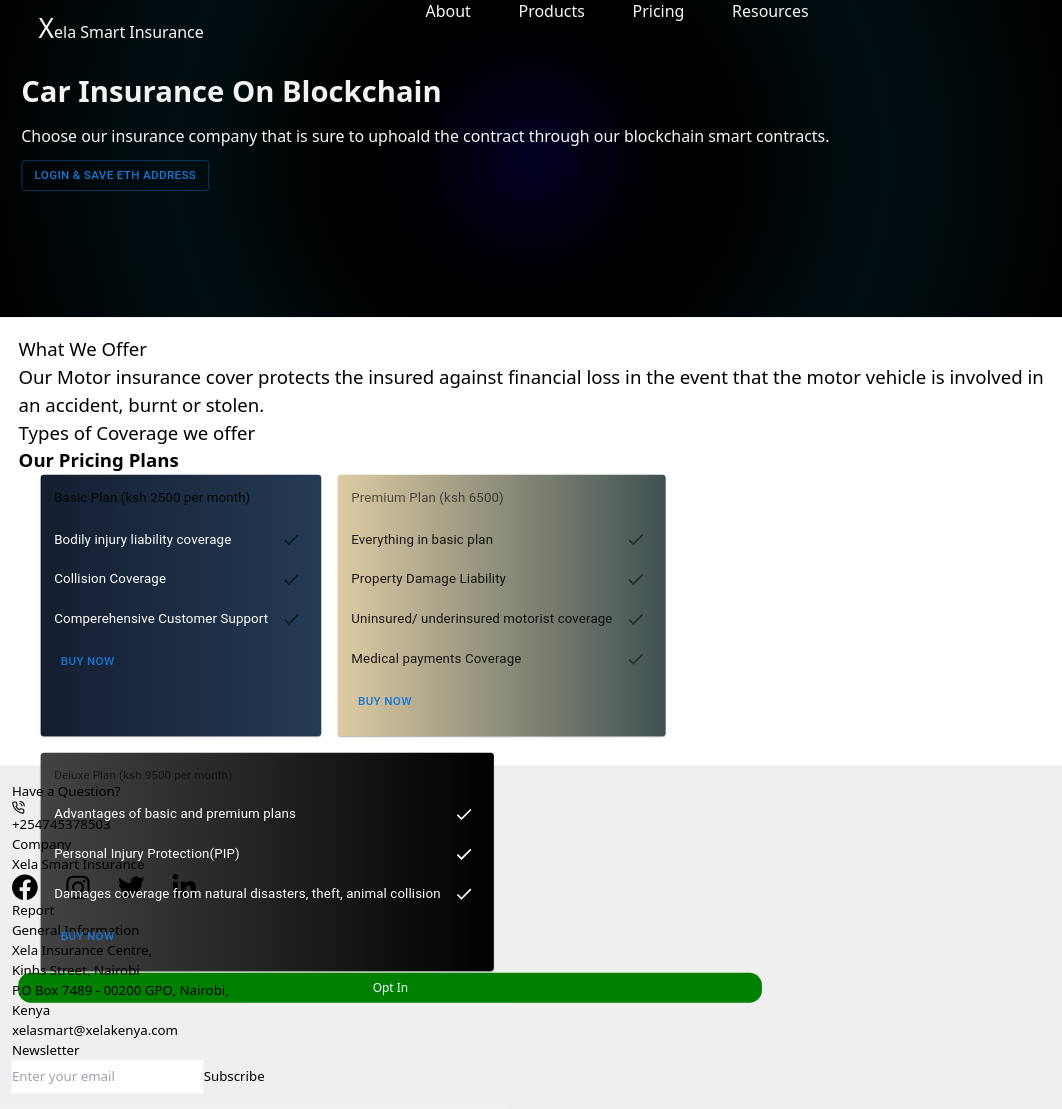
Repository: ALVIN-OBONYO/Xela-smart_insuarance
Page: / (app in frontend/)
An editor plug-in stored every save of this project. The page is shown before and after the next save, followed by the edit.
The browser window is 1280 px wide. The pictures show the whole page, at 83% of full size.
The project was rebuilt for these pictures with package versions that can differ from the ones it lists, and the page was loaded fresh each time. Also part of the build but not shown: frontend/src/Pages/Policies.jsx, frontend/src/Components/Calendar.css, frontend/src/Components/Calendar.jsx, frontend/src/Components/Input.js, frontend/src/Components/Upload.css, frontend/src/Components/Upload.js, frontend/src/Pages/ReportForm.jsx, frontend/src/Pages/Report.jsx and 2 more.

Above is the page before, as saved 2022-10-03 14:55:42.

After the next save:
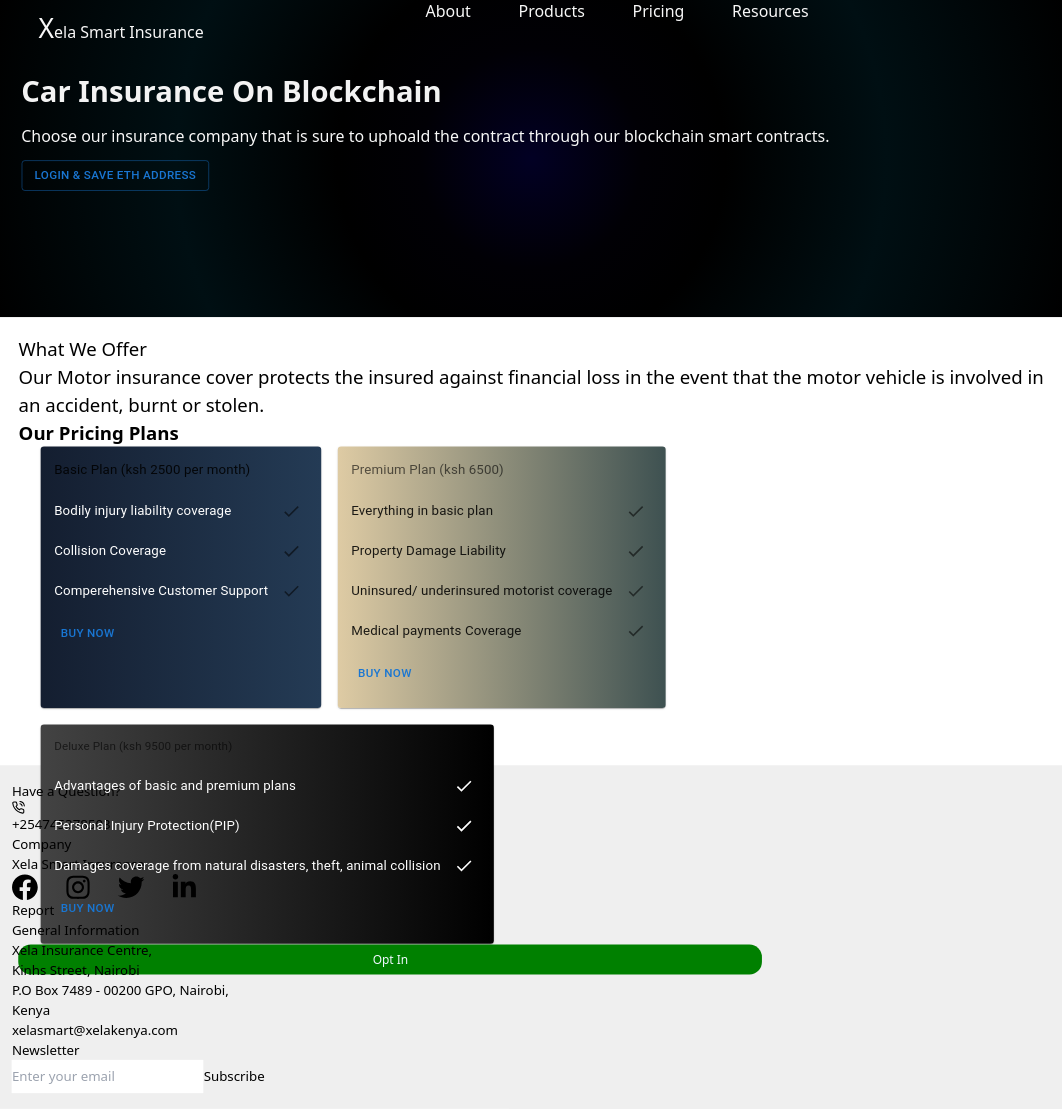
Saved 36 min 48 s later.
--- a/frontend/src/Pages/Entrypage.jsx
+++ b/frontend/src/Pages/Entrypage.jsx
@@ -105,7 +105,7 @@ const Entrypage = () => {
             <h2>What We Offer</h2>
             <p>
             Our Motor insurance cover protects the insured against financial loss in the event that the motor vehicle is involved in an accident, burnt or stolen.</p>
-            <h4>Types of Coverage we offer</h4>
+
             <p>
 
 
